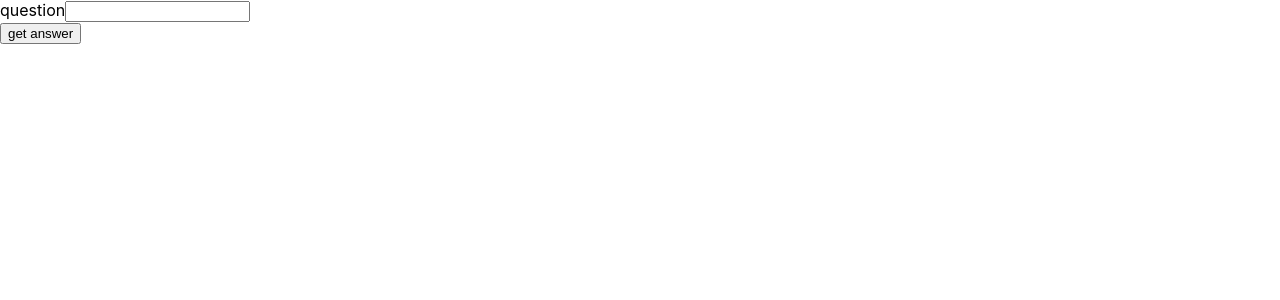
Repository: DrVicki/magic-8-ball
Page: /
The author's editor kept a copy of each file at every save. The page is drawn from the files as they stood at one save, then again after a run of saves.
The browser window is 1280 px wide. The pictures show the whole page.
The project was rebuilt for these pictures with package versions that can differ from the ones it lists, and the page was loaded fresh each time. Also part of the build but not shown: src/App.css.

Above is the page before, as saved 2022-02-10 10:13:53.

### src/App.js
import logo from './logo.png';
import './App.css';
import React, { useState} from "react";
const answers = [
  "It is certain",
  "It is decidedly so",
  "Without a doubt",
  "Yes - definitely",
  "You may rely on it",
  "As I see it, yes",
  "Most likely",
  "Outlook good",
  "Yes",
  "Signs point to yes",
  "Don't count on it",
  "My reply is no",
  "My sources say no",
  "Outlook not so good",
  "Very doubtful",
  "Reply hazy, try again",
  "Ask again later",
  "Better not tell you now",
  "Cannot predict now",
  "Concentrate and ask again"
];

export default function App() {
  const [question, setQuestion] = useState("");
  const [answer, setAnswer] = useState("");

  const getAnswer = (e) => {
    e.preventDefault();
    if (!question) {
      return;
    }
    const index = Math.floor(Math.random() * answers.length);
    setAnswer(answers[index]);
  };

  return (
    <div>
      <style>
        {`
          .circle {
            border: 1px solid black;
            border-radius: 50%;
            width: 150px;
            height: 150px;
            display: flex;
            justify-content: center;

          }
        `}
      </style>
      <form onSubmit={getAnswer}>
        <div>
          <label>question</label>
          <input
          value={question}
          onChange={(e) => setQuestion(e.target.value)}
          />
        </div>
        <button type="submit">get answer</button>
      </form>
    </div>
  )
}
/*
function App() {
  return (
    <div className="App">
      <header className="App-header">
        <img src={logo} className="App-logo" alt="logo" />
        <p>
          Edit <code>src/App.js</code> and save to reload.
        </p>
        <a
          className="App-link"
          href="https://reactjs.org"
          target="_blank"
          rel="noopener noreferrer"
        >
          Learn React
        </a>
      </header>
    </div>
  );
} */

//export default App;

Loaded but not shown: public/index.html (common file); src/index.js (common file); src/index.css (common file); src/reportWebVitals.js (common file)

After the next 5 saves:
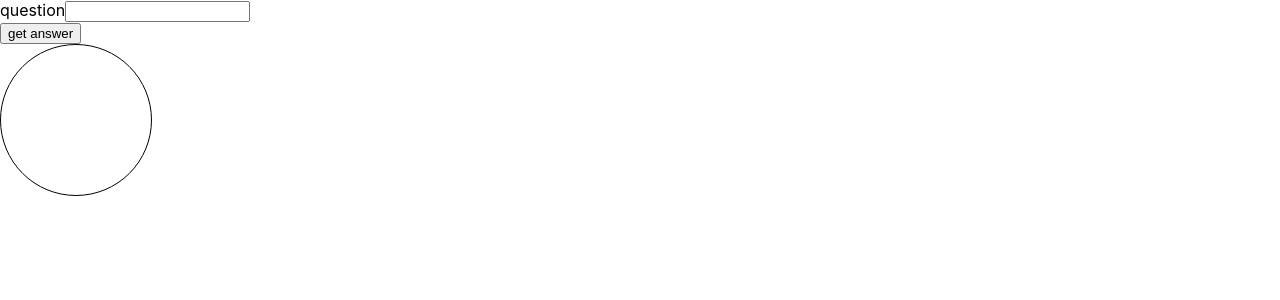
The 5 saves are shown as one change because 1 did not build or start and some came seconds apart.
The last was saved 74 s later.
--- a/src/App.js
+++ b/src/App.js
@@ -62,6 +62,9 @@ export default function App() {
         </div>
         <button type="submit">get answer</button>
       </form>
+      <div className="circle">
+
+      </div>
     </div>
   )
 }
